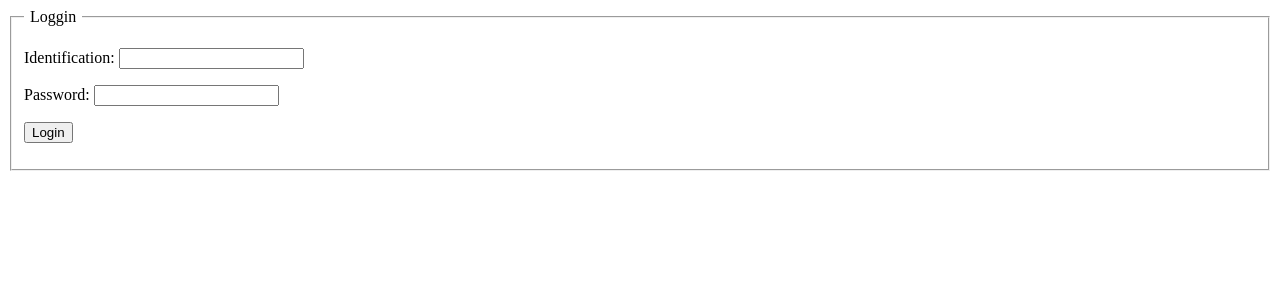
Repository: tclab/java_web_app_template
Page: http://localhost/Template/jsp/init/login.jsp
An editor plug-in stored every save of this project. The page is shown before and after the next save, followed by the edit.
The browser window is 1280 px wide. The pictures show the whole page.
The page is served by Tomcat 9. Other server files are loaded and not shown.

Above is the page before, as saved 2013-08-02 19:20:07.

### Template/WebContent/jsp/init/login.jsp
<!-- Pagetitle -->
<!-- <h1 class="pagetitle">Loggin</h1> -->

<!-- Content unit - One column -->
<!-- <h1 class="block">1 - Configuration form</h1> -->
<div class="column1-unit">
	<div class="contactform">
		<form name="f" action="/Admin/j_spring_security_check" method="post">
			<fieldset>
				<legend>&nbsp;Loggin&nbsp;</legend>
				<p>
					<label for="contact_title" class="left">Identification:</label>
					<input type="text" name="j_username" id="j_username" class="field" value="" tabindex="1" />
				</p>
				<p>
					<label for="contact_firstname" class="left">Password:</label>
					<input type="password" name="j_password" id="j_password" class="field" value="" tabindex="1" />
				</p>
<!-- 				<p> -->
<!-- 					<td>Remember me on this computer.</td> -->
<!-- 					<input type="checkbox" name="_spring_security_remember_me"class="button" /> -->
<!-- 				</p> -->
				<p>
					<input type="submit" name="submit" id="submit" class="button" value="Login" tabindex="6" />
				</p>
			</fieldset>
		</form>
	</div>
</div>

After the next save:
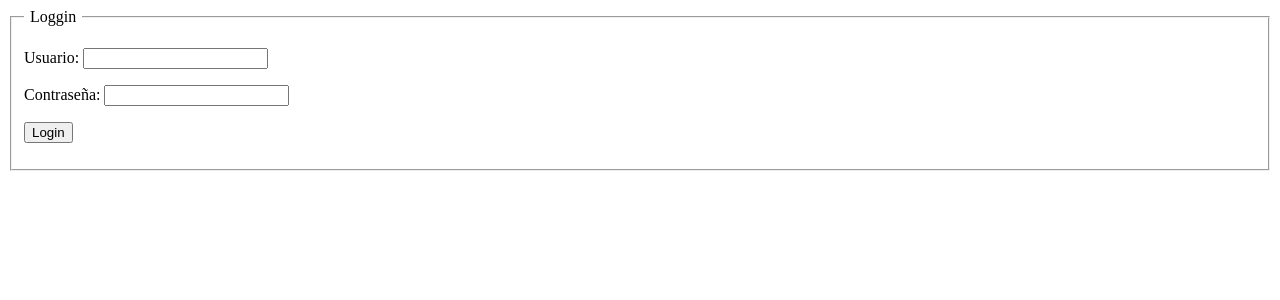
Saved 2 min 43 s later.
--- a/Template/WebContent/jsp/init/login.jsp
+++ b/Template/WebContent/jsp/init/login.jsp
@@ -9,11 +9,11 @@
 			<fieldset>
 				<legend>&nbsp;Loggin&nbsp;</legend>
 				<p>
-					<label for="contact_title" class="left">Identification:</label>
+					<label for="contact_title" class="left">Usuario:</label>
 					<input type="text" name="j_username" id="j_username" class="field" value="" tabindex="1" />
 				</p>
 				<p>
-					<label for="contact_firstname" class="left">Password:</label>
+					<label for="contact_firstname" class="left">Contraseña:</label>
 					<input type="password" name="j_password" id="j_password" class="field" value="" tabindex="1" />
 				</p>
 <!-- 				<p> -->
